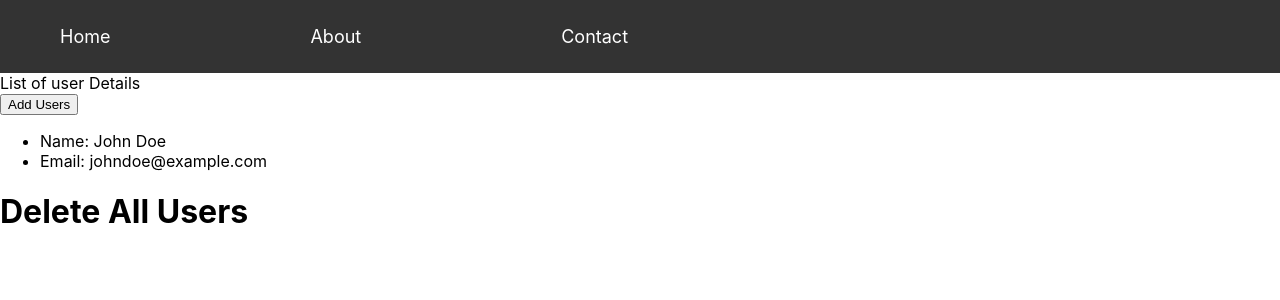
Repository: Gulzarokz/React_Course_Review
Page: / (app in reduxtoolkit/)
An editor plug-in stored every save of this project. The page is shown before and after the next save, followed by the edit.
The browser window is 1280 px wide. The pictures show the whole page.
The project was rebuilt for these pictures with package versions that can differ from the ones it lists, and the page was loaded fresh each time. Also part of the build but not shown: reduxtoolkit/src/App.css.

Above is the page before, as saved 2026-05-15 10:19:37.

### reduxtoolkit/src/App.js
import logo from './logo.svg';
import './App.css';
import Navbar from './components/Navbar';

function App() {
  return (
    <>
      <Navbar />
    </>
  );
}

export default App;

### reduxtoolkit/src/components/Navbar.jsx
import React from 'react'
import './navbar.css'
import UserDetails from './UserDetails'

const Navbar = () => {
    return (
        <>
            <div className="navbar">
                <ul className="navbar-list">
                    <li>Home</li>
                    <li>About</li>
                    <li>Contact</li>
                </ul>
            </div>
            <UserDetails />
        </>
    )
}

export default Navbar

### reduxtoolkit/src/components/navbar.css
.navbar {
    display: flex;
    justify-content: space-between;
    align-items: center;
    padding: 10px 20px;
    background-color: #333;
    color: white;
}

.navbar-list {
    display: flex;
    list-style: none;
    align-items: center;
    gap: 200px;
}

.navbar-list li {
    cursor: pointer;
    font-size: 18px;
    background-color: transparent;
    border: none;
    color: white;
}

### reduxtoolkit/src/components/UserDetails.jsx
import React from 'react'
import './navbar.css'
import DeleteALLUser from './DeleteALLUser'

const UserDetails = () => {
    return (
        <>
            <div className="content">
                <div className="user-details">
                    <div className="Heading">List of user Details</div>
                    <button className="">Add Users</button>
                </div>
                <ul>
                    <li>Name: John Doe</li>
                    <li>Email: johndoe@example.com</li>
                </ul>

            </div>
            <DeleteALLUser />
        </>
    )
}

export default UserDetails

### reduxtoolkit/src/components/DeleteALLUser.jsx
import React from 'react'

const DeleteALLUser = () => {
    return (
        <>
            <h1>Delete All Users</h1>
        </>
    )
}

export default DeleteALLUser

Loaded but not shown: reduxtoolkit/public/index.html (common file); reduxtoolkit/src/index.js (common file); reduxtoolkit/src/index.css (common file); reduxtoolkit/src/reportWebVitals.js (common file)

After the next save:
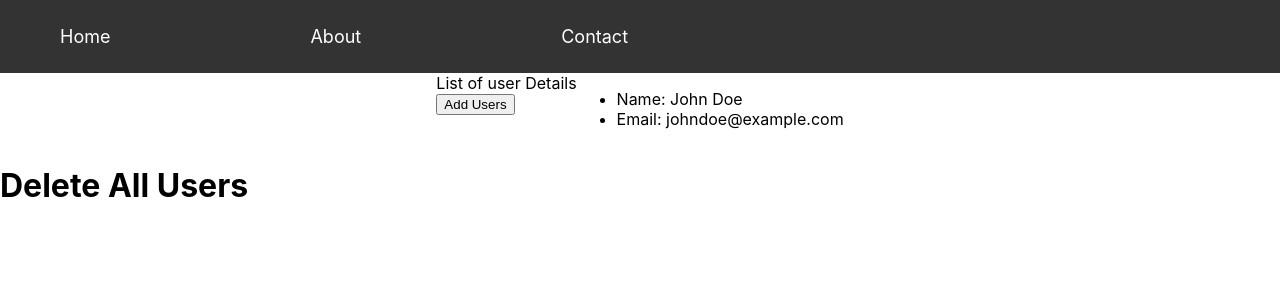
Saved 31 s later.
--- a/reduxtoolkit/src/components/navbar.css
+++ b/reduxtoolkit/src/components/navbar.css
@@ -21,3 +21,8 @@
     border: none;
     color: white;
 }
+
+.content {
+    display: flex;
+    justify-content: center;
+}
